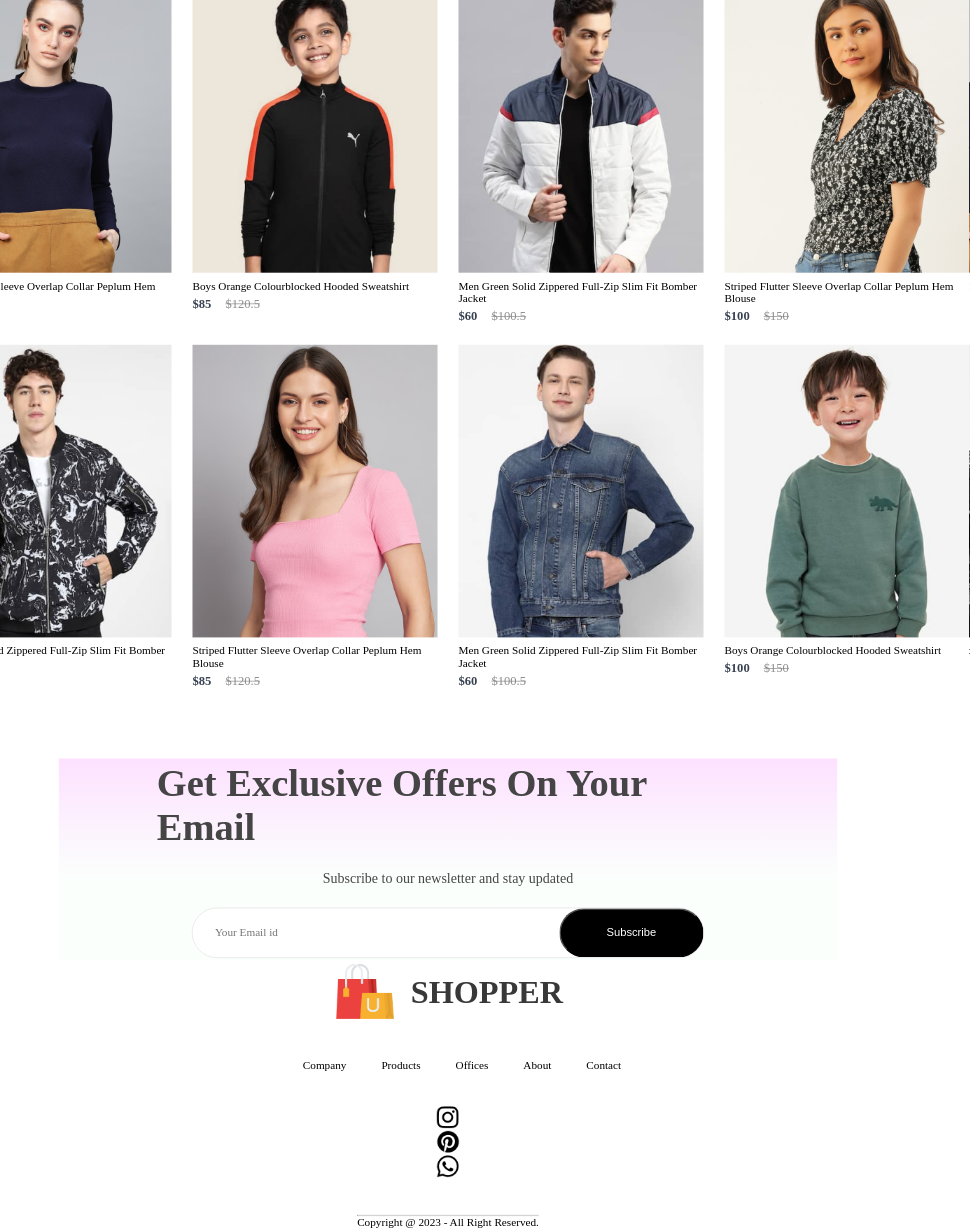
Repository: Nandhini653/SHOPPER-ECOM
Page: /
These files come from the project's save history. The page is drawn as it stood at one moment and after a run of saves; the edit follows.
The browser window is 1280 px wide. The page is 1385 px wide, so the pictures cover 1385 px, including what lies to the right of the window. The pictures show the part of the page from y = 2212 to 3972 px (the page is 3967 px tall before and 3972 px after), at 70% of full size.
The project was rebuilt for these pictures with package versions that can differ from the ones it lists, and the page was loaded fresh each time. Also part of the build but not shown: src/App.css, src/Pages/ShopCategory.jsx, src/Pages/Cart.jsx, src/Pages/LoginSignup.jsx, src/Pages/Product.jsx.

Above is the page before, as saved 2024-06-22 18:33:21.

After the next 6 saves:
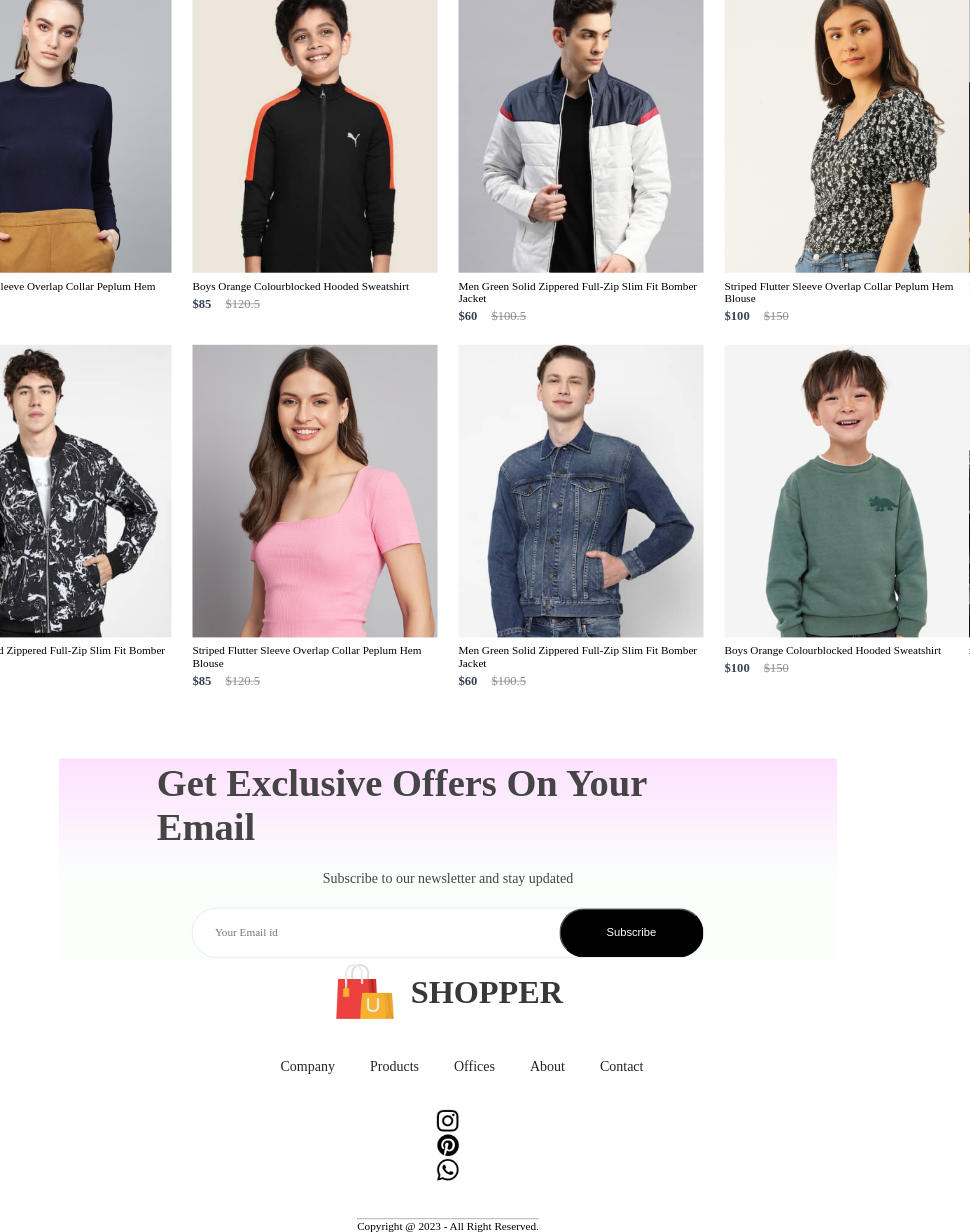
The 6 saves are shown as one change because they came seconds apart.
The last was saved 16 s later.
--- a/src/Components/Footer/Footer.css
+++ b/src/Components/Footer/Footer.css
@@ -22,5 +22,6 @@
     display: flex;
     list-style: none;
     gap: 50px;
-    color: ;
+    color: #252525;
+    font-size: 20px;
 }
